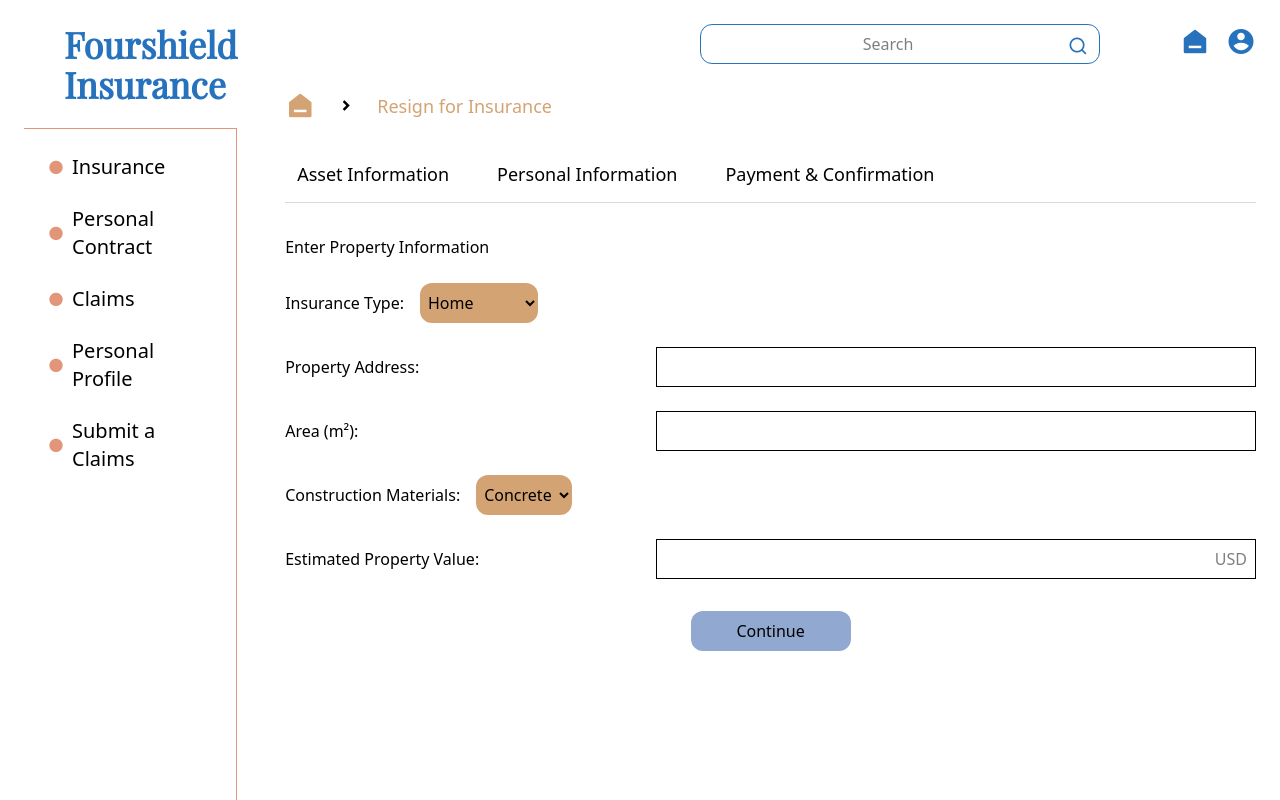
Repository: MockProject9920/MockProject_022025_Nhom4
Page: / (app in frontend/)
An editor plug-in stored every save of this project. The page is shown before and after the next save, followed by the edit.
The browser window is 1280 px wide. The pictures show the whole page.
The project was rebuilt for these pictures with package versions that can differ from the ones it lists, and the page was loaded fresh each time. Also part of the build but not shown: frontend/vite.config.js, frontend/src/pages/Login.jsx.

Above is the page before, as saved 2025-03-05 17:05:30.

After the next save:
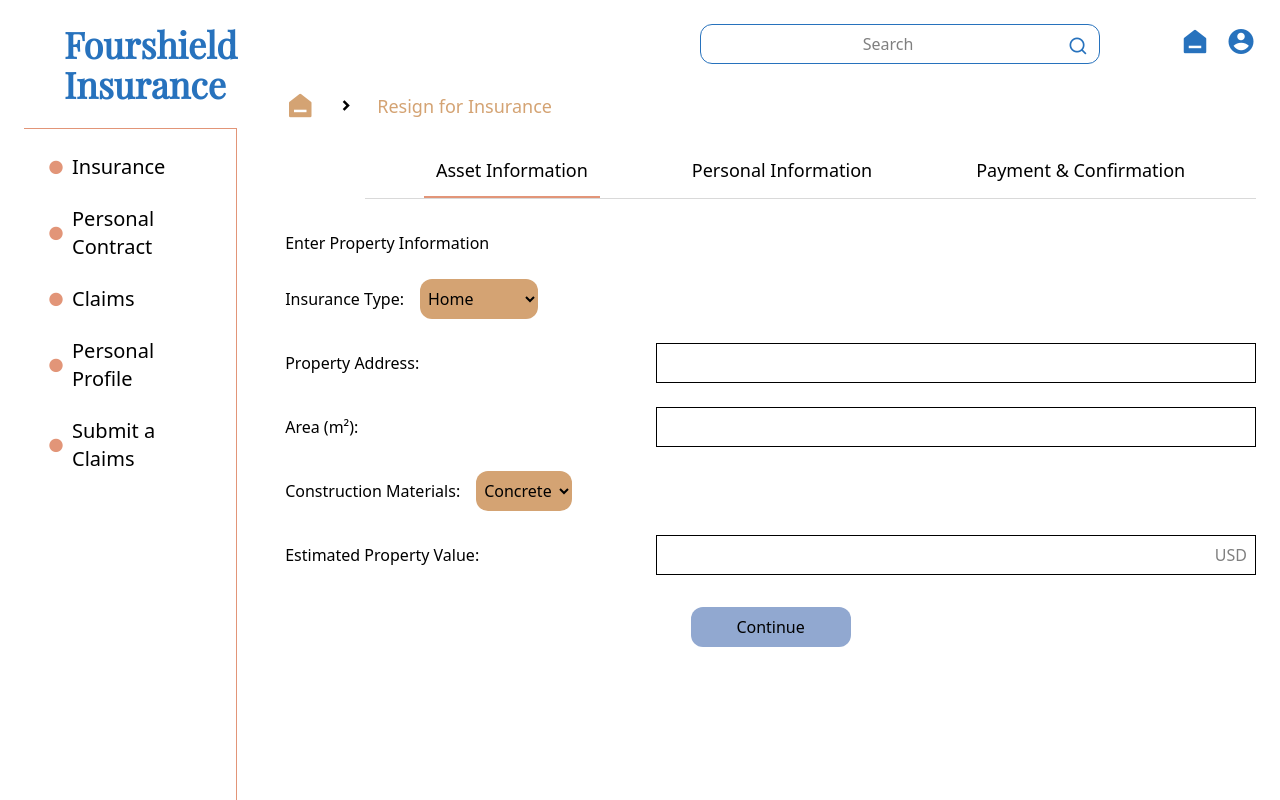
Saved 92 s later.
--- a/frontend/src/pages/AssetInformation.jsx
+++ b/frontend/src/pages/AssetInformation.jsx
@@ -69,19 +69,12 @@ function AssetInformation() {
           <p className="text-lg text-[#D4A373]">Resign for Insurance</p>
         </div>
 
-        <div className="flex space-x-6 mt-6 border-b border-[#D9D9D9]">
-          {[
-            "Asset Information",
-            "Personal Information",
-            "Payment & Confirmation",
-          ].map((tab, index) => (
-            <p
-              key={index}
-              className="text-lg p-3 border-b-2 border-transparent hover:border-[#E29578] cursor-pointer"
-            >
-              {tab}
-            </p>
-          ))}
+        <div className="flex space-x-20 ml-20 mt-5 justify-center border-b-1 border-b-[#D9D9D9]">
+          <p className="text-lg p-3 border-b-2 border-b-[#E29578] z-10">
+            Asset Information
+          </p>
+          <p className="text-lg p-3 ">Personal Information</p>
+          <p className="text-lg p-3 ">Payment & Confirmation</p>
         </div>
 
         <div className="mt-8 space-y-6">
